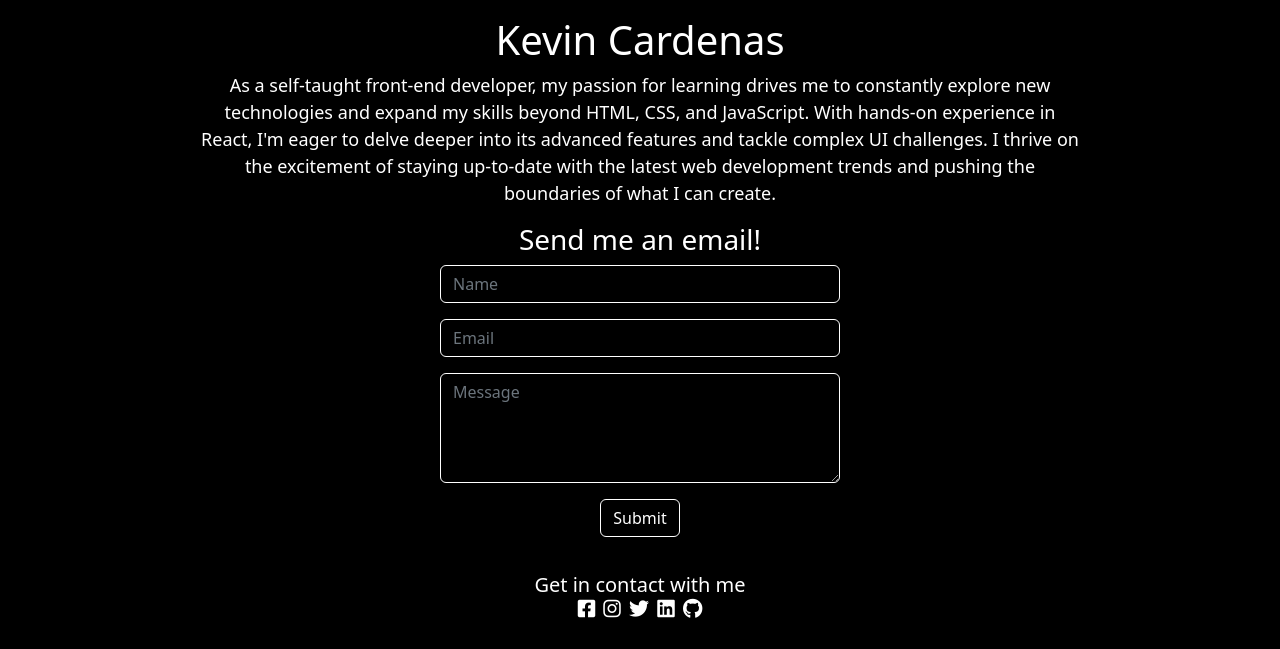
Repository: elqueben/elqueben.github.io
Page: public/index.html
The author's editor kept a copy of each file at every save. The page is drawn from the files as they stood at one save, then again after the next save.
The browser window is 1280 px wide. The pictures show the part of the page from y = 320 to 969 px (the page is 969 px tall).

Above is the page before, as saved 2023-06-20 13:48:22.

After the next save:
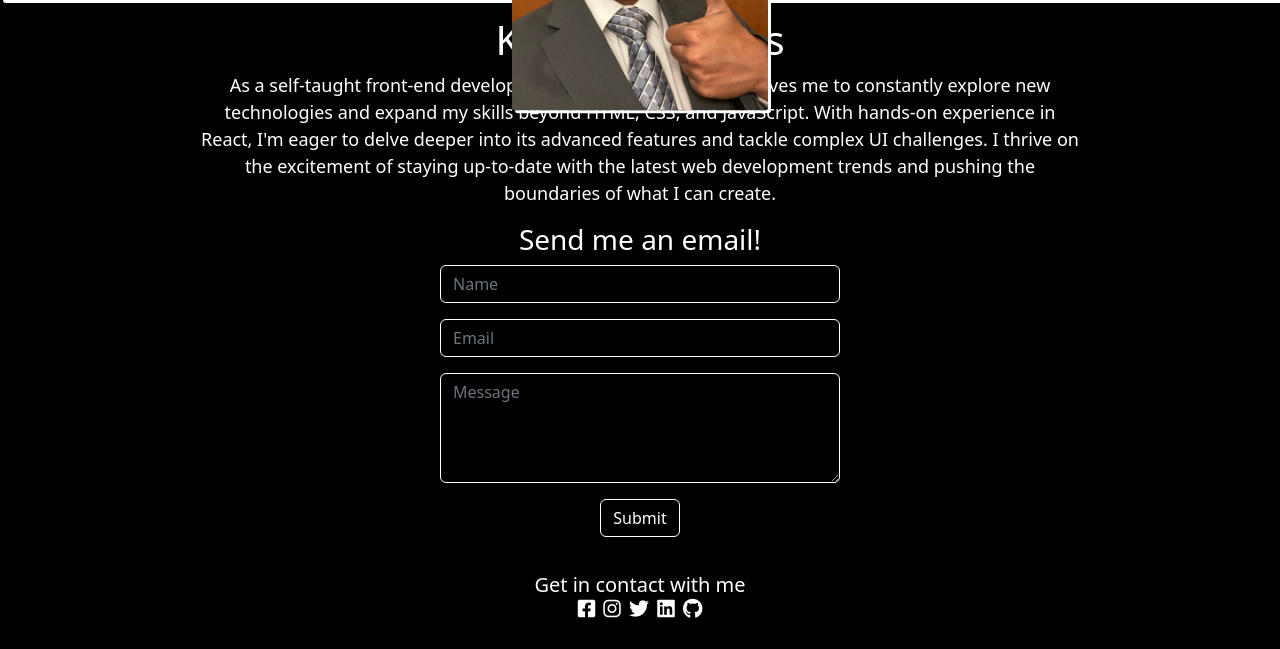
Saved 18 s later.
--- a/public/styles.css
+++ b/public/styles.css
@@ -17,7 +17,6 @@ body {
     width: 100%;
     height: 0;
     padding-bottom: 25%;
-    overflow: hidden;
   }
 
   #wallpaper {
